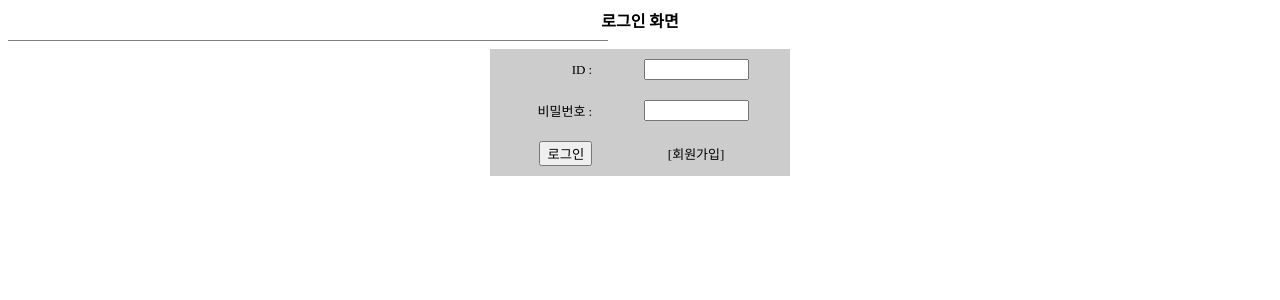
Repository: kalmia26/Capstone
Page: http://localhost/LectureSystem/member.jsp
The author's editor kept a copy of each file at every save. The page is drawn from the files as they stood at one save, then again after the next save.
The browser window is 1280 px wide. The pictures show the whole page.
The page is served by Tomcat 9. Other server files are loaded and not shown.

Above is the page before, as saved 2017-05-24 05:15:38.

### LectureSystem/WebContent/member.jsp
<%@ page language="java" contentType="text/html; charset=EUC-KR"
    pageEncoding="EUC-KR"%>
<!DOCTYPE html PUBLIC "-//W3C//DTD HTML 4.01 Transitional//EN" "http://www.w3.org/TR/html4/loose.dtd">
<html>
<head>
<meta http-equiv="Content-Type" content="text/html; charset=EUC-KR">
<title>Insert title here</title>
<style type="text/css">
<!--
	a:link	{font-family:""; color:black; text-decoration:none;}
	a:visited	{font-family:""; color:black; text-decoration:none;}
	a:hover	{font-family:""; color:black; text-decoration:underline;}
-->
</style>

<script language="JavaScript">
function Check() {
	if(Member.id.value.length < 1) {
		alert("아이디를 입력하세요.");
		Member.id.foucs();
		return false;
	}

	if(Member.pass.value.length < 1) {
		alert("비밀번호를 입력하세요.");
		Member.pass.focus();
		return false;
	}
	Member.submit();
}
</script>

</head>
<body>

<center><font size='3'><b>로그인 화면</b></font></center>

<table border='0' width='600' cellpadding='0' cellspacing='0'>
	<tr>
		<td><hr size='1' noshade>
		</td>
	</tr>
</table>

<form name="Member" Method="post" Action="member_ok.jsp">
	<table align=center width='300' border='0' cellpadding='10' cellspacing='0'>
		<tr>
			<td bgcolor='cccccc' align='right'>
				<font size='2'>ID : </font>
			</td>
			<td bgcolor='cccccc' align='center'>
				<input type=text maxlength=10 size=10 name=UserId>
			</td>
		</tr>
		<tr>
			<td bgcolor='cccccc' align='right'>
				<font size='2'>비밀번호 : </font>
			</td>
			<td bgcolor='cccccc' align='center'>
				<input type='password' maxlength=10 size =10 name=pass>
			</td>
		</tr>
		<tr>
			<td bgcolor='cccccc' align='right'>
				<input onclick='Check()' type='button' value='로그인'>
			</td>
			<td bgcolor='cccccc' align='center'>
				<font size='2'>
				<a href="member_input.jsp">[회원가입]</a></font>
			</td>
		</tr>
	</table>

</form>

</body>
</html>

After the next save:
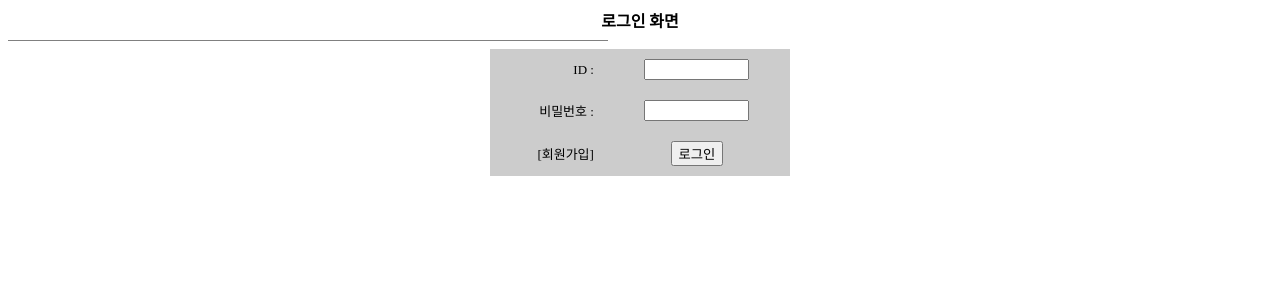
Saved 31 s later.
--- a/LectureSystem/WebContent/member.jsp
+++ b/LectureSystem/WebContent/member.jsp
@@ -62,11 +62,11 @@ function Check() {
 		</tr>
 		<tr>
 			<td bgcolor='cccccc' align='right'>
-				<input onclick='Check()' type='button' value='로그인'>
+				<font size='2'>
+				<a href="member_input.jsp">[회원가입]</a></font>
 			</td>
 			<td bgcolor='cccccc' align='center'>
-				<font size='2'>
-				<a href="member_input.jsp">[회원가입]</a></font>
+				<input onclick='Check()' type='button' value='로그인'>
 			</td>
 		</tr>
 	</table>
